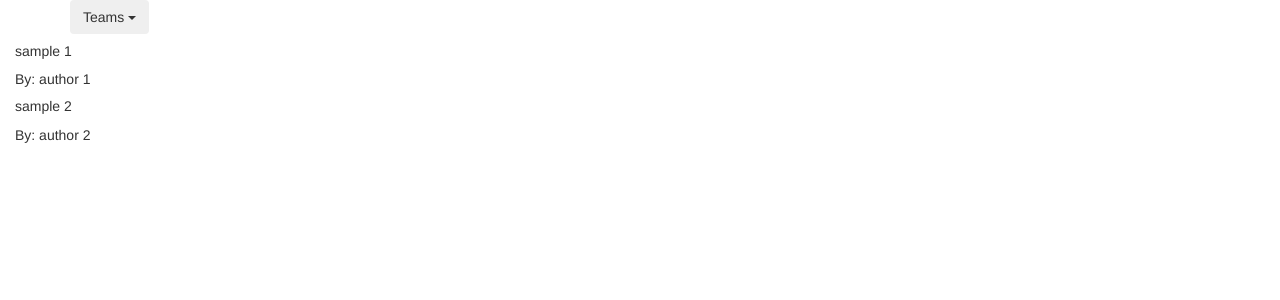
Repository: OlgaTavgen/hogwartsRepository
Page: hogwarts/hogwartsproject/src/main/webapp/home.html
An editor plug-in stored every save of this project. The page is shown before and after the next save, followed by the edit.
The browser window is 1280 px wide. The pictures show the whole page.
Some web libraries are served in a nearby version.

Above is the page before, as saved 2017-02-13 08:44:03.

After the next save:
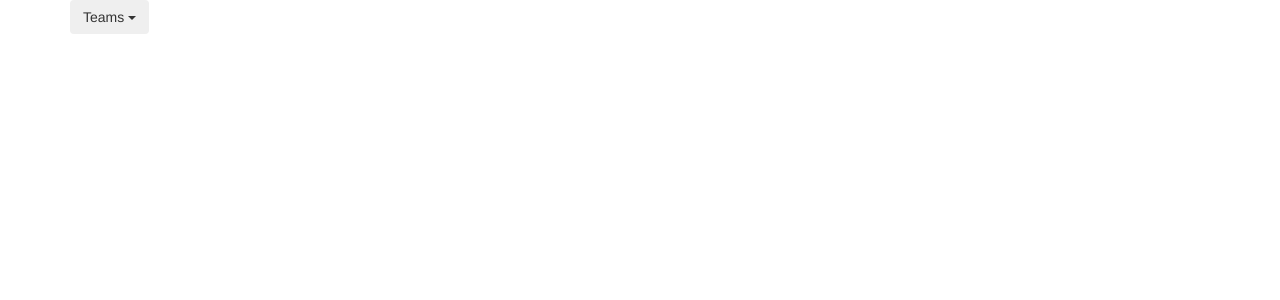
Saved 22 s later.
--- a/hogwarts/hogwartsproject/src/main/webapp/home.html
+++ b/hogwarts/hogwartsproject/src/main/webapp/home.html
@@ -40,12 +40,7 @@
 	</div>
 	</div>
 
-	<div class="col-md-6">
-		 <h5>sample 1</h5>
- 		 <p>By: author 1</p>
- 		 <h5>sample 2</h5>
- 		 <p>By: author 2</p>
-	</div>
+
 </body>
 
 <script>
